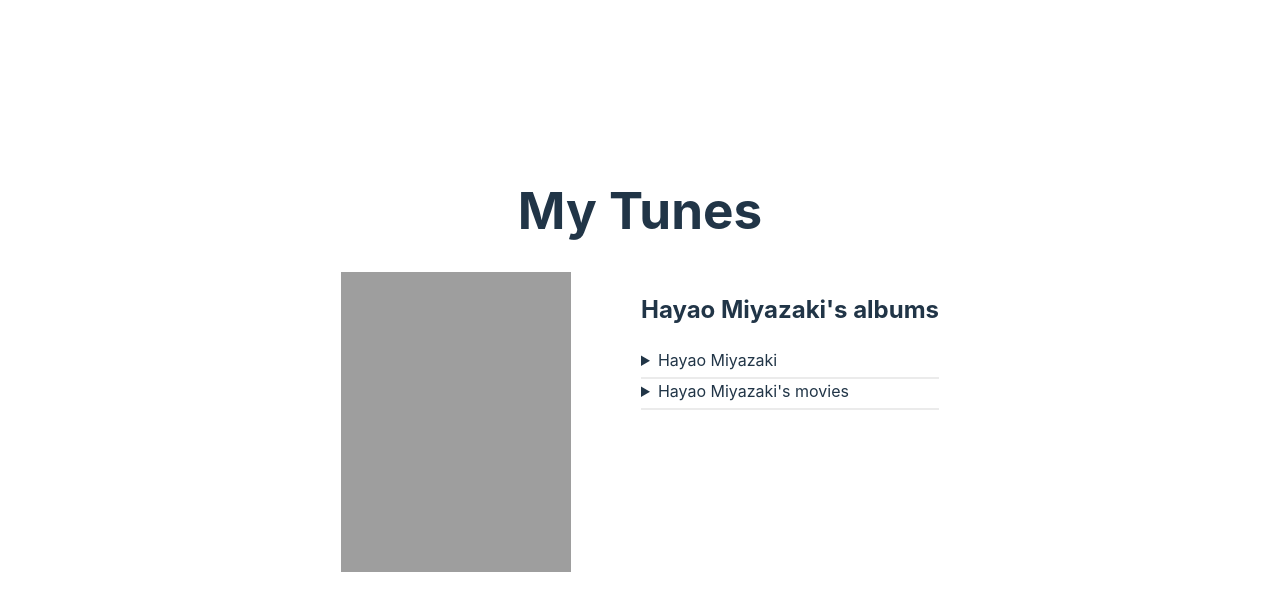
Repository: SamanthaYan298/my_app
Page: /
The author's editor kept a copy of each file at every save. The page is drawn from the files as they stood at one save, then again after the next save.
The browser window is 1280 px wide. The pictures show the whole page.
Pictures or frames that could not be fetched are drawn as grey boxes. The project was rebuilt for these pictures with package versions that can differ from the ones it lists, and the page was loaded fresh each time. Also part of the build but not shown: vite.config.js.

Above is the page before, as saved 2024-09-14 14:42:00.

### src/App.jsx
import './App.css';

function App() {

  return (
    <>
      <div className='title'>
        <h1>My Tunes</h1>
        <div className="all">
        <div className='photo'>
          <img src="https://www.hollywoodreporter.com/wp-content/uploads/2013/09/hayao_miyazaki_-_h_-_2013.jpg?w=1024" alt="Hayao Miyazaki" height={300} width={230}/>
        </div>
        <div>
          <h2>Hayao Miyazaki's albums</h2>
          <details className='categories'>
            <summary>Hayao Miyazaki</summary>
            <ol>
              <li>Japanese animator</li>
              <li>Filmmaker</li>
              <li>Manga artist</li>
              <li>A founder of Studio Ghibli</li>
              <li>Oscar awards: 89 wins & 62 nominations</li>
            </ol>
          </details>
          <details className='categories'>
            <summary className='open'>Hayao Miyazaki's movies</summary>
            <ol>
              <li>Castle in the Sky</li>
              <li>Kiki's Delivery Service</li>
              <li>Howl's Moving Castle</li>
              <li>Princess Mononoke</li>
              <li>Spirited Away</li>
            </ol>
          </details>
        </div>
      </div>
      </div>
    </>
  )
}

export default App

### src/App.css
#root {
  margin: 0 auto;
  padding: 1rem;
  text-align: left;
}

.photo,
.all {
  display: flex;
  flex-direction: row;
  justify-content: space-between;
  gap: 70px;
  text-align: left;
}

.title {
  text-align: center;
}

.categories {
  border-bottom: 2px solid rgb(235, 235, 235);
  padding-bottom: 5px;
}

.categories[open] summary{
  background-color: rgb(235, 235, 235);
}

.categories > ol {
  background-color: none;
}

Loaded but not shown: index.html (common file); src/main.jsx (common file); src/index.css (common file)

After the next save:
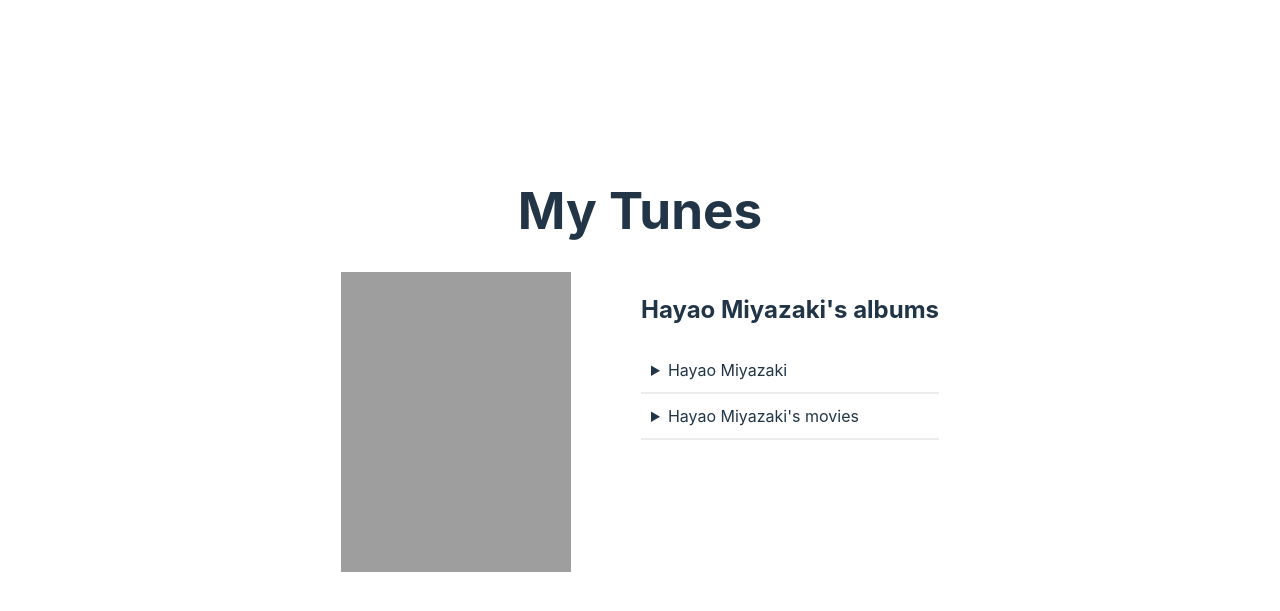
Saved 85 s later.
--- a/src/App.css
+++ b/src/App.css
@@ -18,8 +18,8 @@
 }
 
 .categories {
+  padding: 10px;
   border-bottom: 2px solid rgb(235, 235, 235);
-  padding-bottom: 5px;
 }
 
 .categories[open] summary{

After the save that followed:
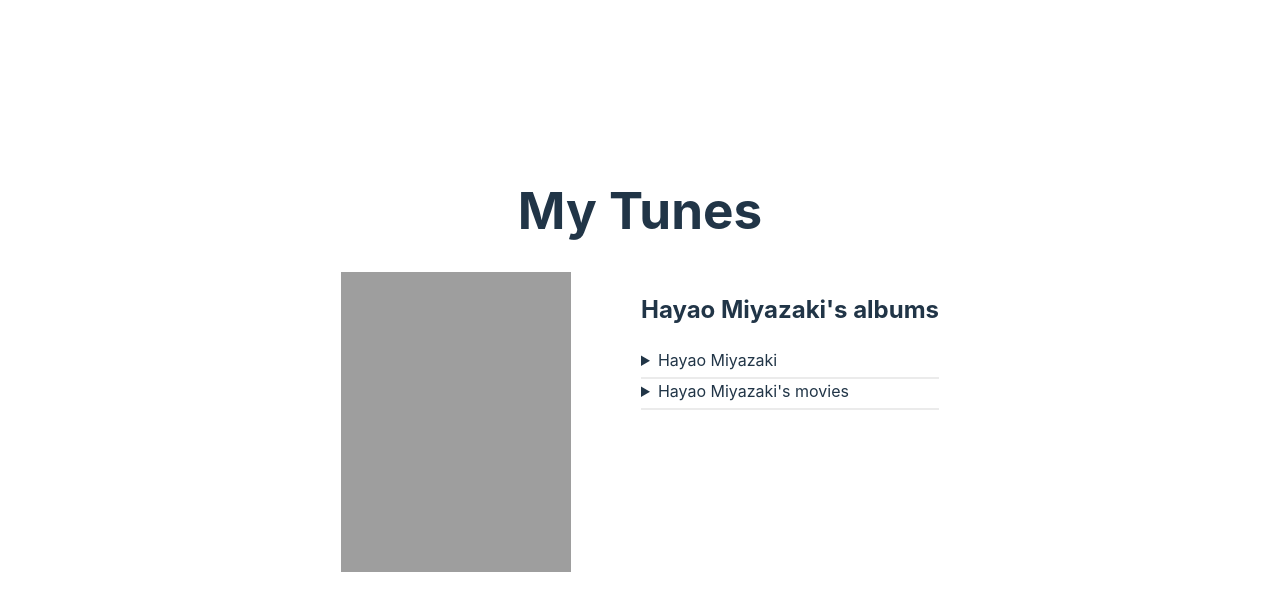
Saved 28 s later.
--- a/src/App.css
+++ b/src/App.css
@@ -18,11 +18,12 @@
 }
 
 .categories {
-  padding: 10px;
   border-bottom: 2px solid rgb(235, 235, 235);
+  padding-bottom: 5px;
 }
 
 .categories[open] summary{
+  padding: 20px;
   background-color: rgb(235, 235, 235);
 }
 
